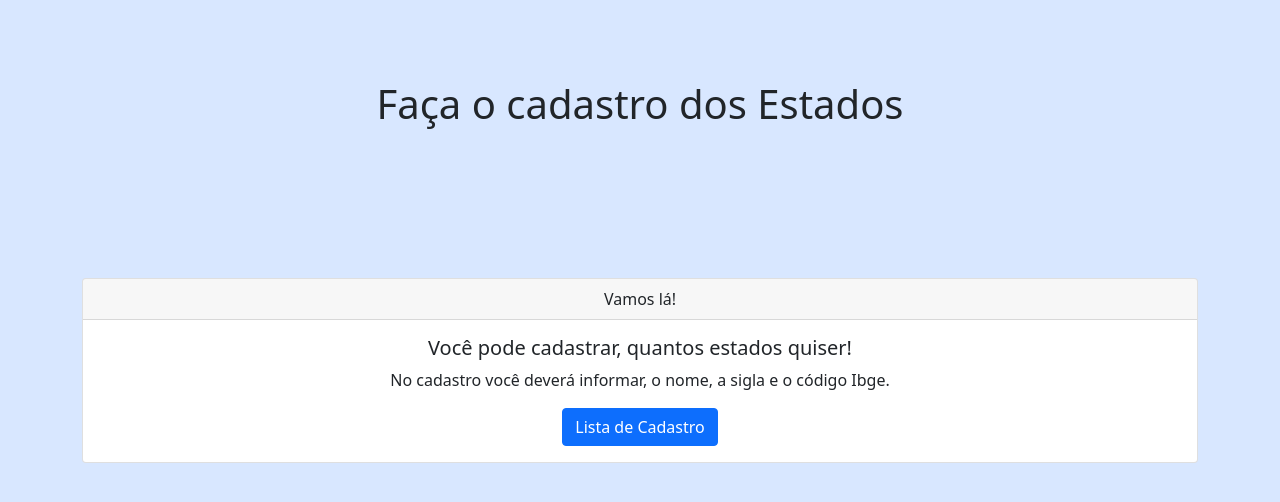
Repository: danielandradedasilva/ProjetoWebJava
Page: http://localhost/projetoweb/
These files come from the project's save history. The page is drawn as it stood at one moment and after the next save; the edit follows.
The browser window is 1280 px wide. The pictures show the whole page.
The page is served by Tomcat 9.

Above is the page before, as saved 2021-05-10 02:02:07.

After the next save:
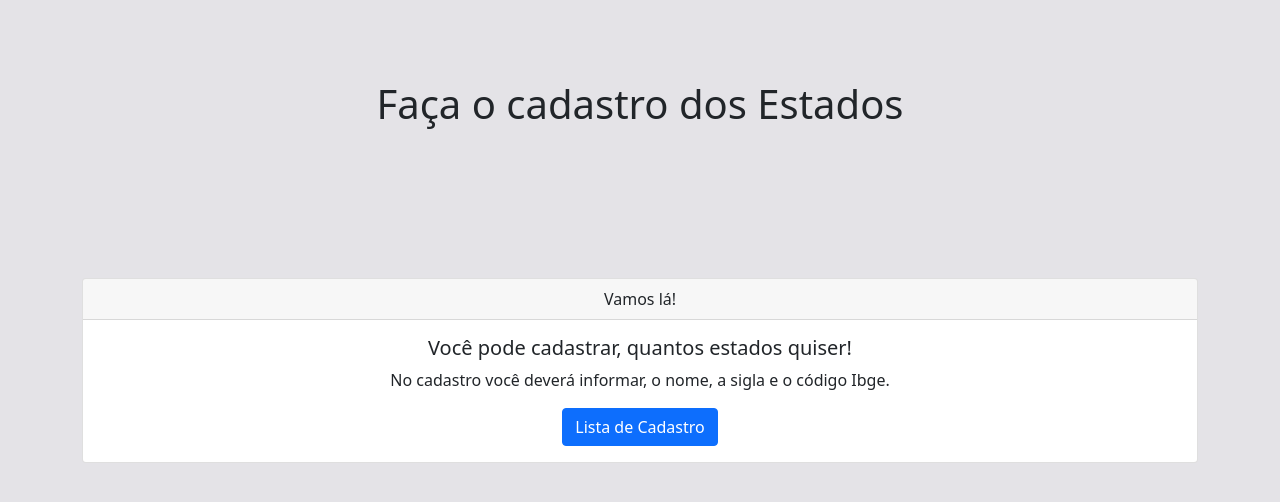
Saved 49 s later.
--- a/projetoweb/src/main/webapp/index.jsp
+++ b/projetoweb/src/main/webapp/index.jsp
@@ -19,7 +19,7 @@
 		margin-top: 80px;
 	}
 	body{
-	 background-color: #D8E7FF;
+	 background-color: #E4E3E7;
 	}
 </style>
 </head>
